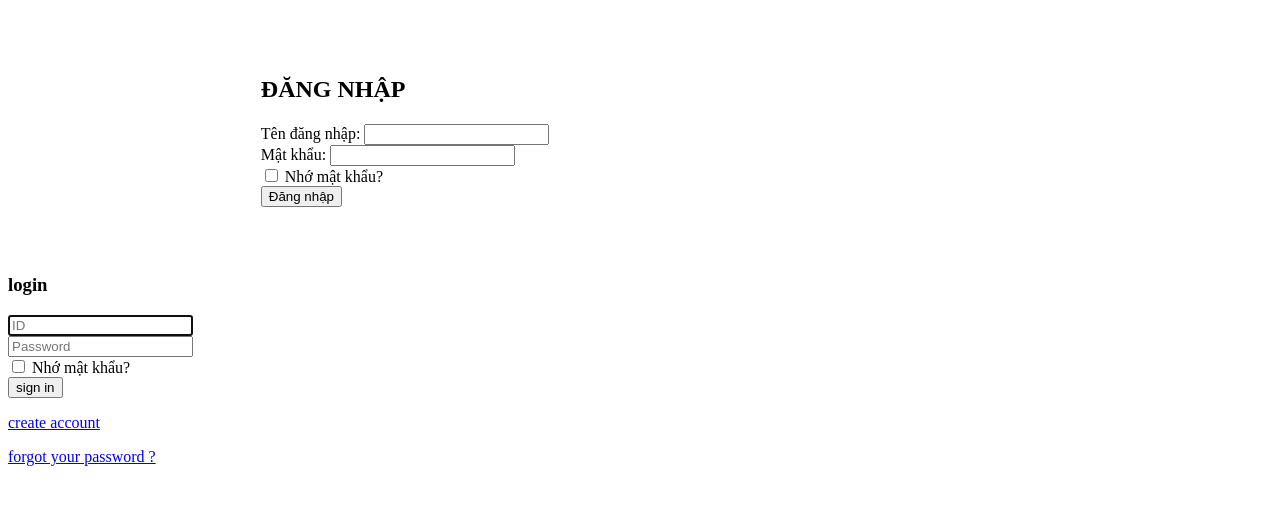
Repository: nguyengiabao245/NHOM3_C2
Page: http://localhost/DoAnJava/WEB-INF/views/account/login.jsp
The author's editor kept a copy of each file at every save. The page is drawn from the files as they stood at one save, then again after the next save.
The browser window is 1280 px wide. The pictures show the whole page.
The page is served by Tomcat 9. Nobody is signed in. The template is opened directly, without the code that normally fills it, so the values that code supplies are empty.

Above is the page before, as saved 2022-05-15 10:56:03.

After the next save:
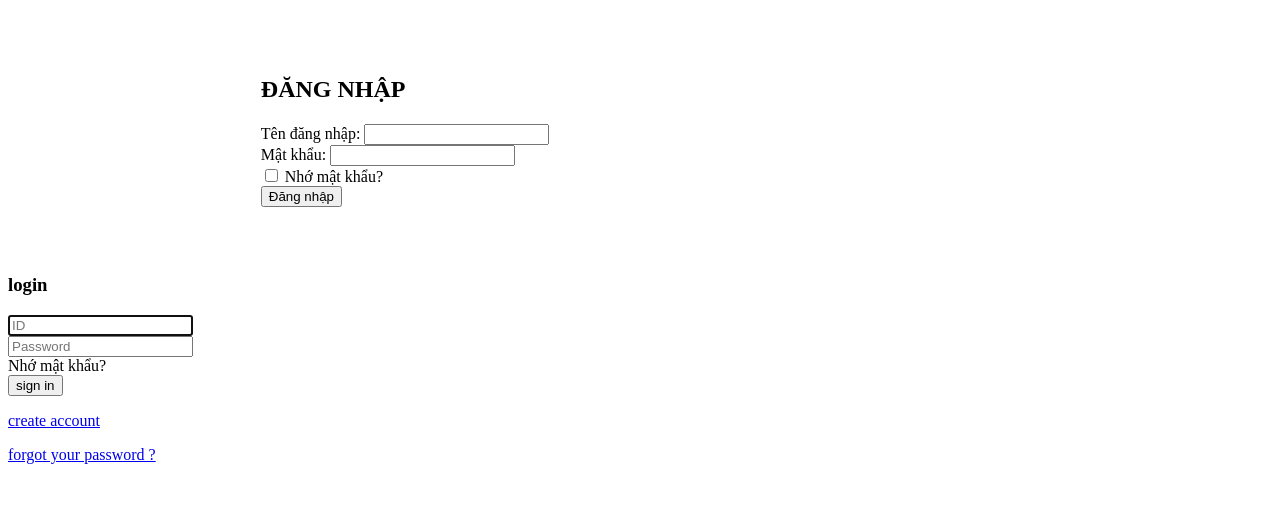
Saved 22 s later.
--- a/DoAnJava/src/main/webapp/WEB-INF/views/account/login.jsp
+++ b/DoAnJava/src/main/webapp/WEB-INF/views/account/login.jsp
@@ -39,7 +39,7 @@
                 <input class="form-control" name="pw" type="password" value="${pwd}" placeholder="Password"  required>
                             </div>
             <div class="frm-item">
-                            <input name="rm" type="checkbox" /> <label>Nhớ mật khẩu?</label>
+                            <a name="rm" type="checkbox" /> <label>Nhớ mật khẩu?</label>
                             </div>
             <div class="frm-item">
                 <button type="submit" class="userauth__btn">sign in</button>

After the save that followed:
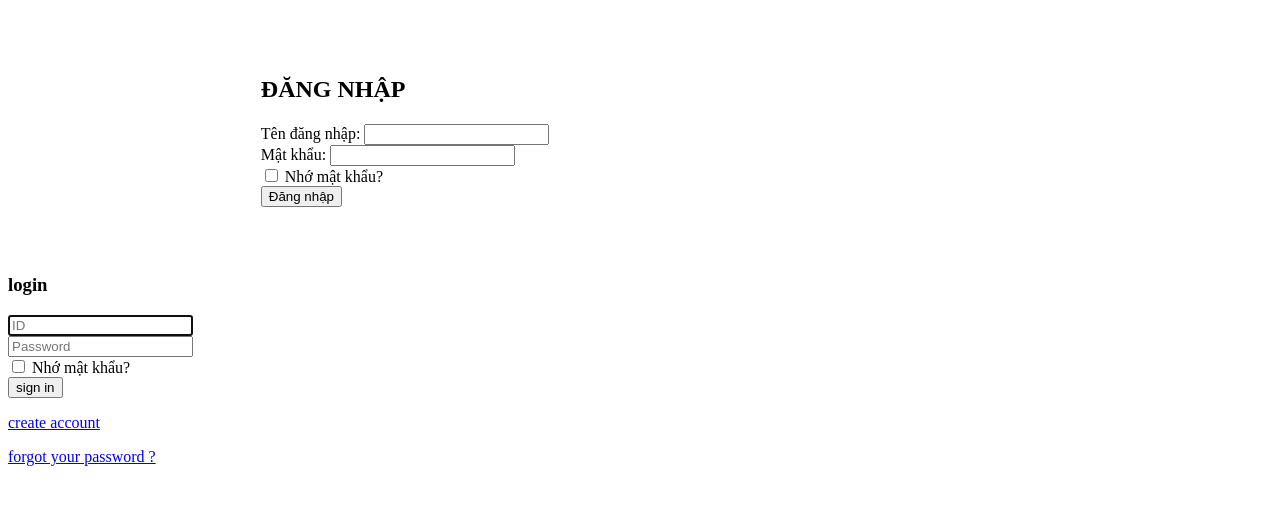
Saved 8 s later.
--- a/DoAnJava/src/main/webapp/WEB-INF/views/account/login.jsp
+++ b/DoAnJava/src/main/webapp/WEB-INF/views/account/login.jsp
@@ -39,7 +39,7 @@
                 <input class="form-control" name="pw" type="password" value="${pwd}" placeholder="Password"  required>
                             </div>
             <div class="frm-item">
-                            <a name="rm" type="checkbox" /> <label>Nhớ mật khẩu?</label>
+                            <input name="rm" type="checkbox" /> <label>Nhớ mật khẩu?</label>
                             </div>
             <div class="frm-item">
                 <button type="submit" class="userauth__btn">sign in</button>
